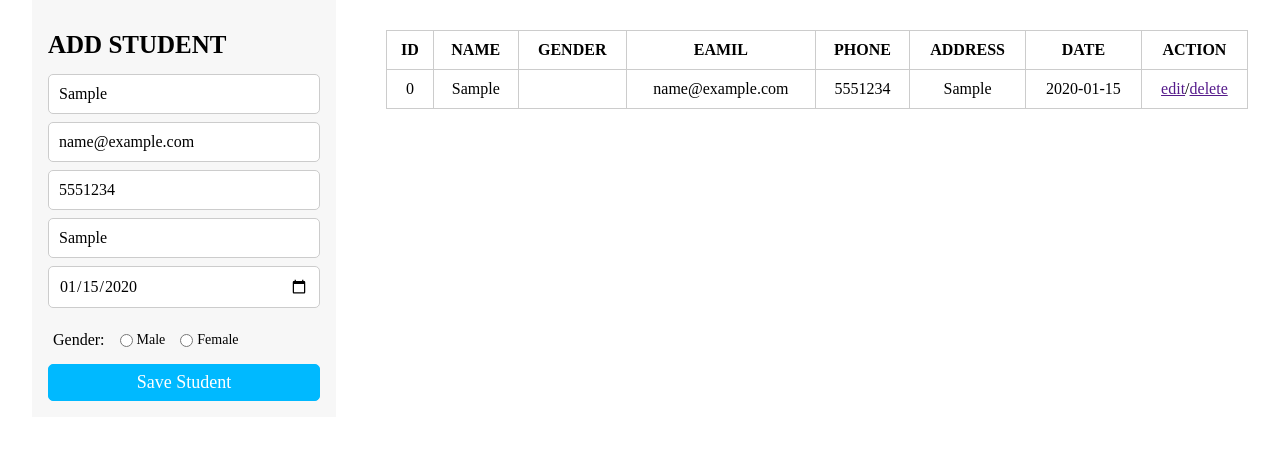
Repository: vanphongnguyen1/webDemo
Page: project(table-form)/index.html
The author's editor kept a copy of each file at every save. The page is drawn from the files as they stood at one save, then again after the next save.
The browser window is 1280 px wide. The pictures show the whole page.
Empty fields were first filled with sample values (such as "Sample", 5 or name@example.com).
After loading, the first visible `form` was submitted once.
The style sheet was rebuilt from its Sass, Less or Tailwind sources for each picture, by a compiler version that may differ from the author's.

Above is the page before, as saved 2020-08-30 16:24:13.

After the next save:
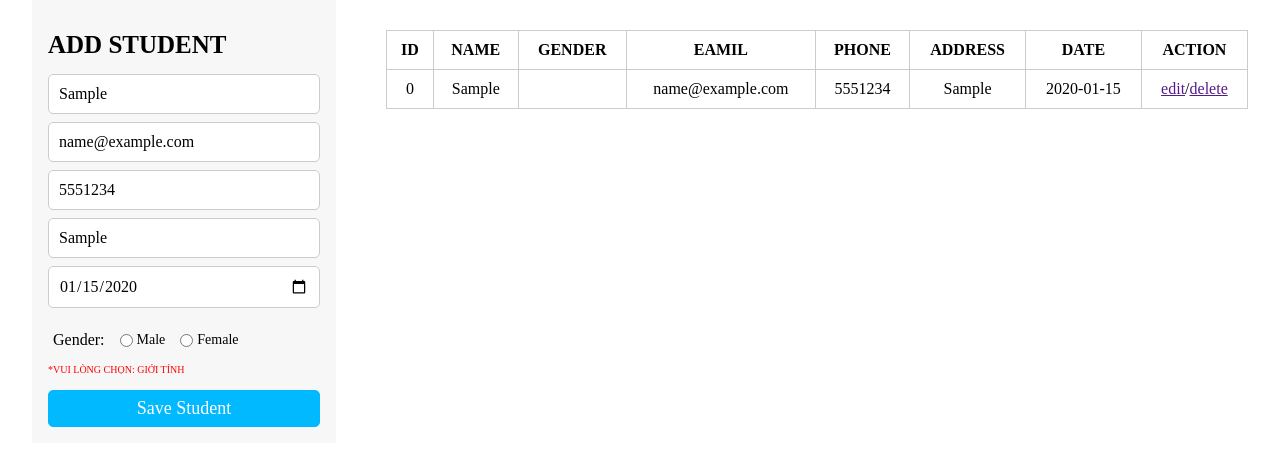
Saved 99 s later.
--- a/project(table-form)/js/main.js
+++ b/project(table-form)/js/main.js
@@ -32,11 +32,13 @@
         // saveLocalStorage('students', student)
         if(!name) {
             document.querySelector('.error-name').innerHTML='<font color="red"> *Vui lòng điền: Họ và Tên</font>'
+            document.querySelector('.error-name').style.display='block'
         } else {
             document.querySelector('.error-name').innerHTML=''
         }
         if(!email) {
             document.querySelector('.error-email').innerHTML='<font color="red"> *Vui lòng điền: Email</font>'
+            document.querySelector('.error-email').style.display='block'
         } else {
             document.querySelector('.error-email').innerHTML=''
         }
@@ -45,21 +47,23 @@
             document.querySelector('.error-phone').style.display= 'block'
         } else {
             document.querySelector('.error-phone').innerHTML=''
-            document.querySelector('.error-phone').style.display= 'none'
 
         }
         if(!address) {
             document.querySelector('.error-address').innerHTML='<font color="red"> *Vui lòng điền: Address</font>'
+            document.querySelector('.error-address').style.display='block'
         } else {
             document.querySelector('.error-address').innerHTML=''
         }
         if(!date) {
             document.querySelector('.error-date').innerHTML='<font color="red"> *Vui lòng chọn: Ngày/Tháng/Năm</font>'
+            document.querySelector('.error-date').style.display='block'
         } else {
             document.querySelector('.error-date').innerHTML=''
         }
         if(!gender) {
             document.querySelector('.error-gender').innerHTML='<font color="red"> *Vui lòng chọn: Giới tính</font>'
+            document.querySelector('.error-gender').style.display='block'
         } else {
             document.querySelector('.error-gender').innerHTML=''
         }
